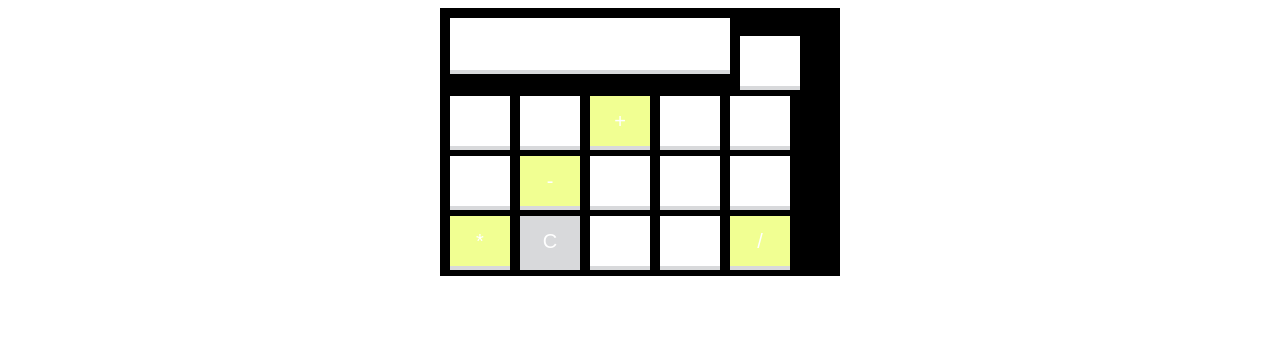
Repository: Drumstrum88/LAB-calculator
Page: index.html
These files come from the project's save history. The page is drawn as it stood at one moment and after the next save; the edit follows.
The browser window is 1280 px wide. The pictures show the whole page.

Above is the page before, as saved 2023-04-15 20:45:29.

After the next save:
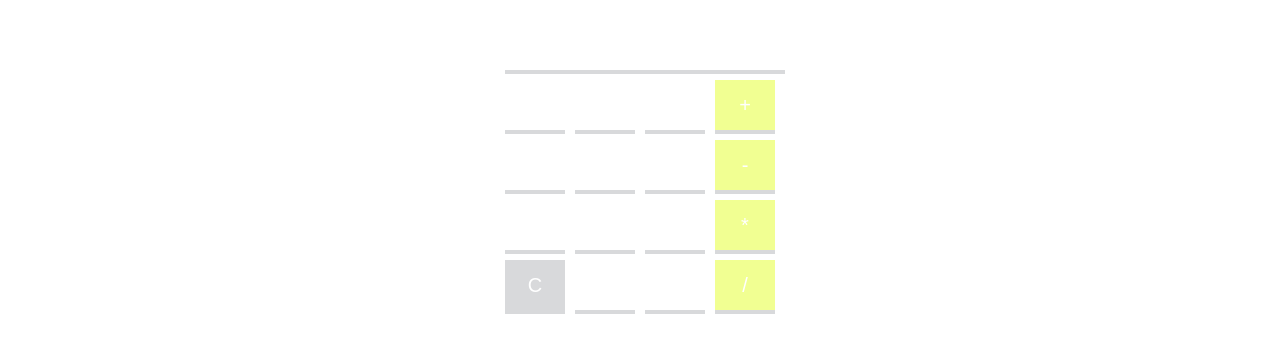
Saved 3 min 7 s later.
--- a/main.css
+++ b/main.css
@@ -3,7 +3,7 @@ body {
   justify-content: center;
   align-items: center;
 }
-.center-div {
+/.center-div {
   width: 400px;
   background-color: black;
 
